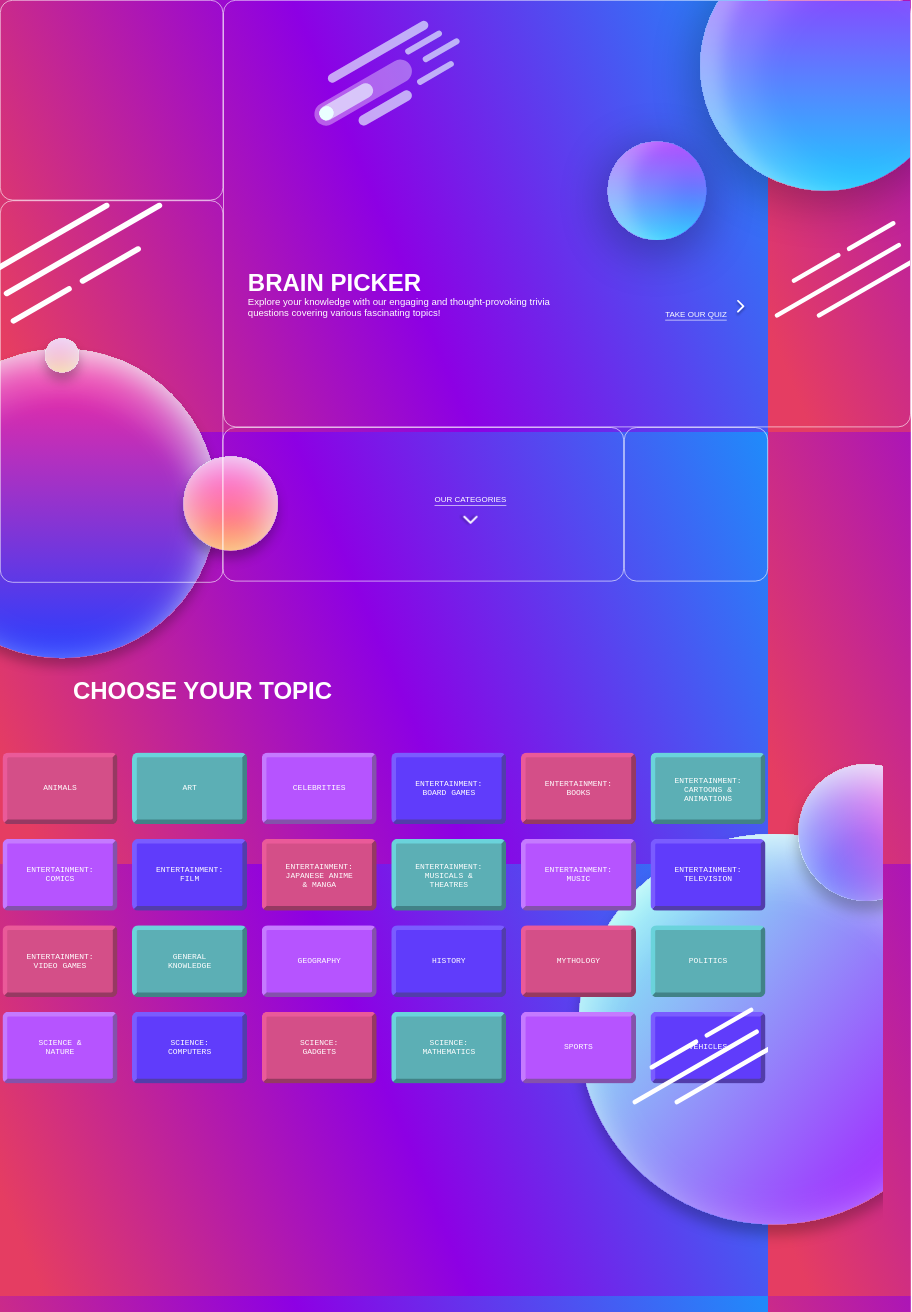
Repository: pjiang604/COMP-2170_Final-Project
Page: index.html
These files come from the project's save history. The page is drawn as it stood at one moment and after the next save; the edit follows.
The browser window is 1280 px wide. The page is 1518 px wide, then 1520 px, so the pictures cover 1520 px, including what lies to the right of the window. The pictures show the whole page, at 60% of full size.
Backgrounds fixed to the window are drawn as part of the page.

Above is the page before, as saved 2023-04-30 13:41:11.

After the next save:
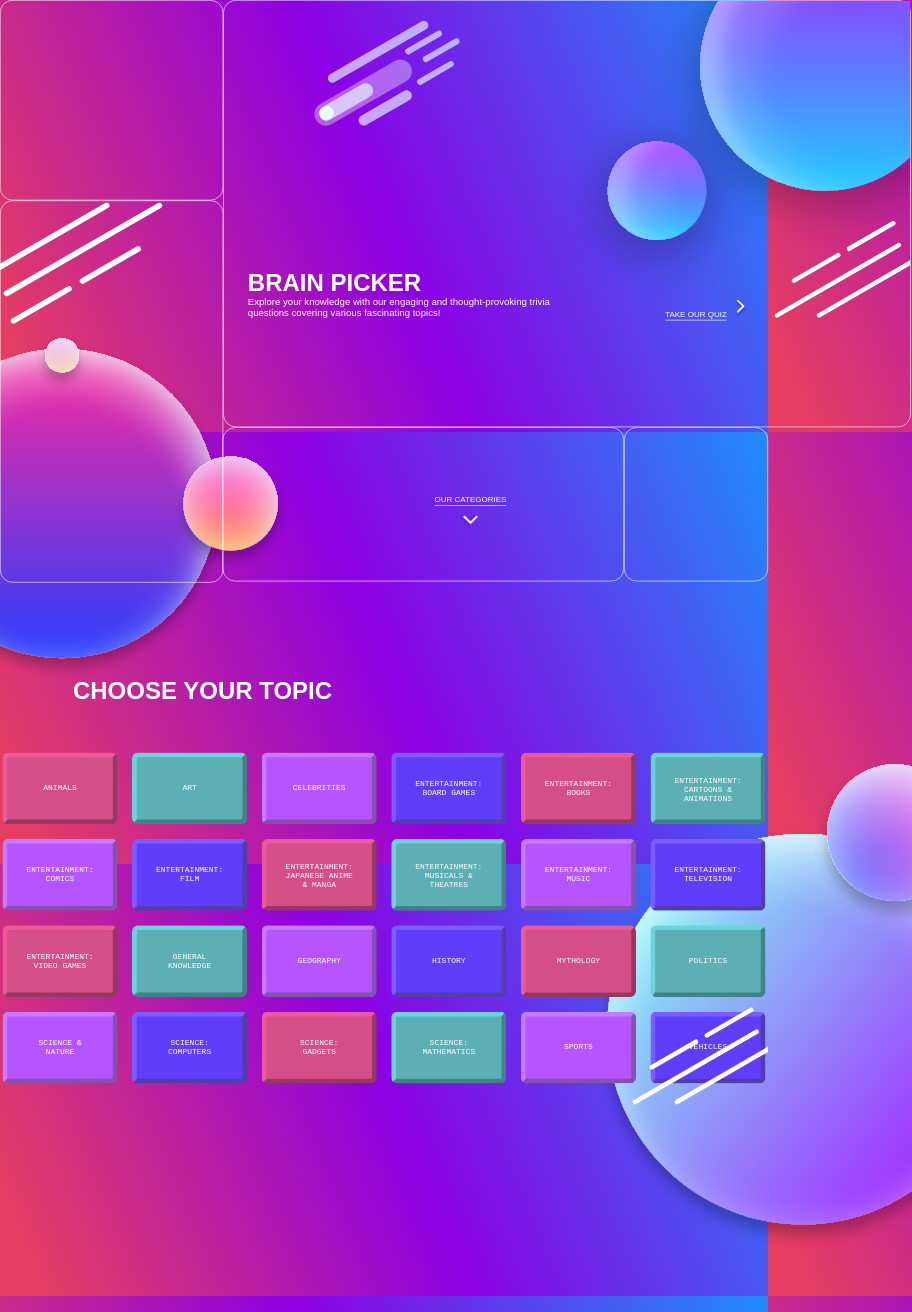
Saved 5 s later.
--- a/style.css
+++ b/style.css
@@ -263,7 +263,7 @@ body {
 .bottom_right_sphere{
 	position: absolute;
 	width: 40rem;
-	left: 52rem;
+	left: 55rem;
 	top: 70rem;
 	z-index: -1;
 }
